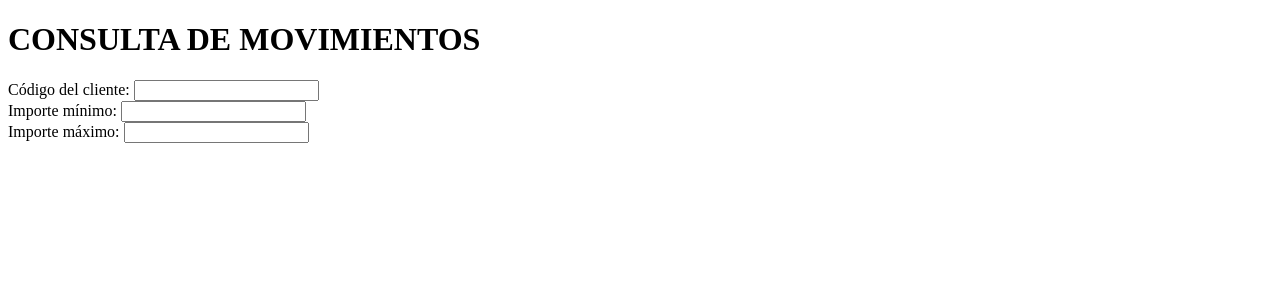
Repository: EmmanuelRamosBiado/JAVA-EE
Page: controljava/src/main/webapp/consulta.html
The author's editor kept a copy of each file at every save. The page is drawn from the files as they stood at one save, then again after the next save.
The browser window is 1280 px wide. The pictures show the whole page.

Above is the page before, as saved 2023-02-06 12:32:43.

After the next save:
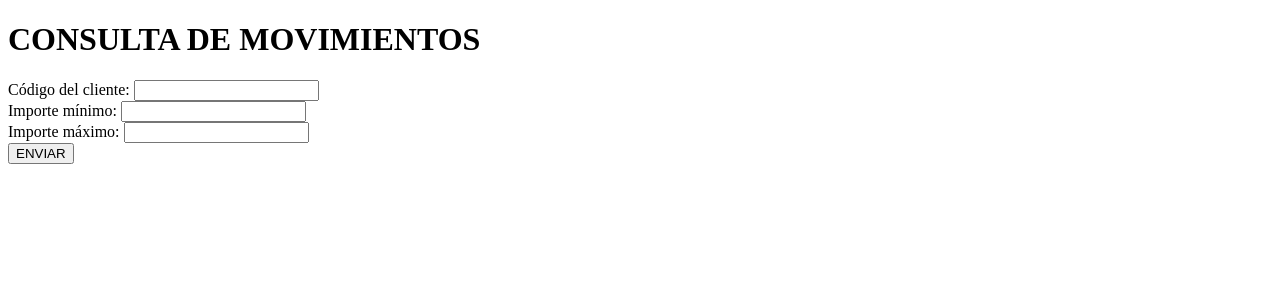
Saved 59 s later.
--- a/controljava/src/main/webapp/consulta.html
+++ b/controljava/src/main/webapp/consulta.html
@@ -15,6 +15,8 @@
 
 		<label for="impMin">Importe máximo: </label>
 		<input type="text" name="impMax"><br>
+
+		<input type="submit" value="ENVIAR">
 	</form>
 </body>
 </html>
